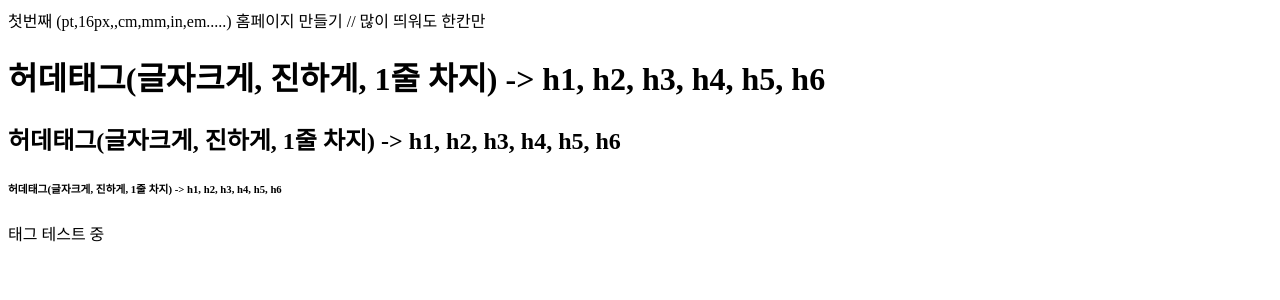
Repository: Seho0218/Webservice
Page: 03_HTML/worksapceWeb/WebApp/src/main/webapp/index.html
An editor plug-in stored every save of this project. The page is shown before and after the next save, followed by the edit.
The browser window is 1280 px wide. The pictures show the whole page.

Above is the page before, as saved 2022-07-05 06:06:04.

### 03_HTML/worksapceWeb/WebApp/src/main/webapp/index.html
<!DOCTYPE html>
<html>
<head>
<meta charset="UTF-8">
<title>제목</title>
</head>
<body>

<!--  주석

	여러줄 주석가능

 -->
	첫번째  (pt,16px,,cm,mm,in,em.....) 홈페이지 만들기 // 많이 띄워도 한칸만
	<h1 title="heading">허데태그(글자크게, 진하게, 1줄 차지) -> h1, h2, h3, h4, h5,
		h6</h1>
	<h2>허데태그(글자크게, 진하게, 1줄 차지) -> h1, h2, h3, h4, h5, h6</h2>
	<h6>허데태그(글자크게, 진하게, 1줄 차지) -> h1, h2, h3, h4, h5, h6</h6>
	태그 테스트 중
</body>
</html>

After the next save:
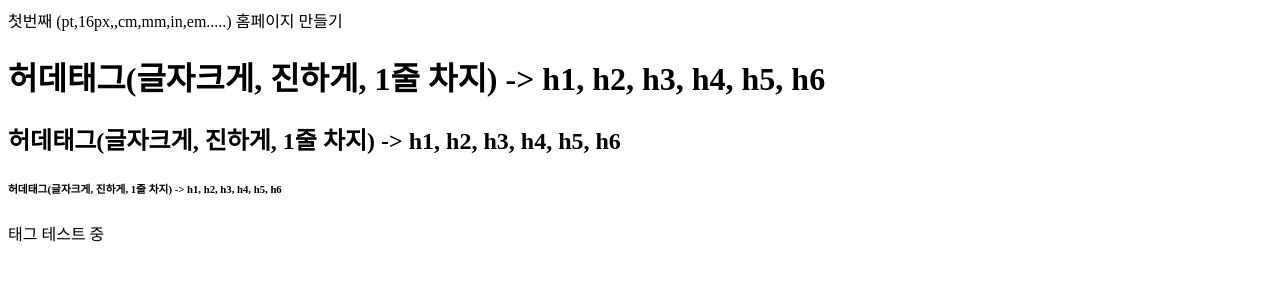
Saved 19 s later.
--- a/03_HTML/worksapceWeb/WebApp/src/main/webapp/index.html
+++ b/03_HTML/worksapceWeb/WebApp/src/main/webapp/index.html
@@ -9,9 +9,10 @@
 <!--  주석
 
 	여러줄 주석가능
+ // 많이 띄워도 한칸만
 
  -->
-	첫번째  (pt,16px,,cm,mm,in,em.....) 홈페이지 만들기 // 많이 띄워도 한칸만
+	첫번째  (pt,16px,,cm,mm,in,em.....) 홈페이지 만들기
 	<h1 title="heading">허데태그(글자크게, 진하게, 1줄 차지) -> h1, h2, h3, h4, h5,
 		h6</h1>
 	<h2>허데태그(글자크게, 진하게, 1줄 차지) -> h1, h2, h3, h4, h5, h6</h2>
